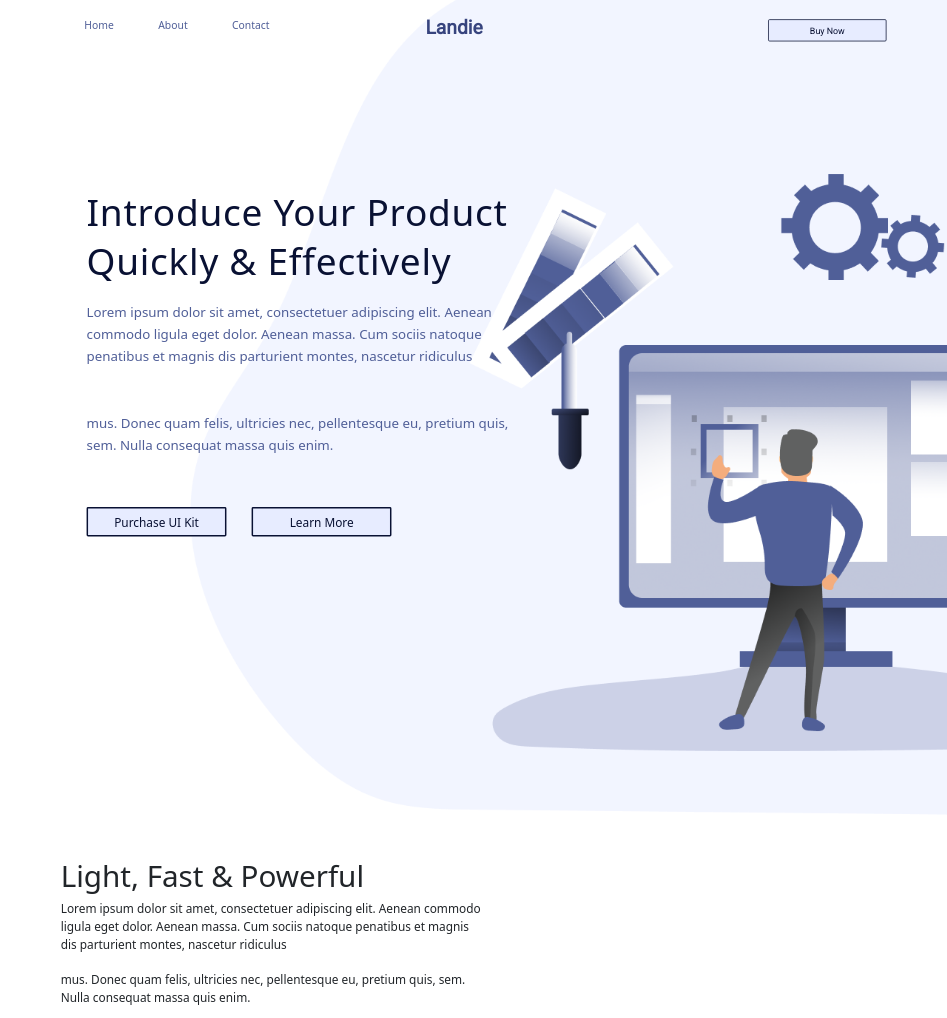
Repository: batonAnton/HW-Lec12-sass-pug
Page: index.html
An editor plug-in stored every save of this project. The page is shown before and after the next save, followed by the edit.
The browser window is 1280 px wide. The pictures show the whole page, at 74% of full size.
The style sheet was rebuilt from its Sass, Less or Tailwind sources for each picture, by a compiler version that may differ from the author's.

Above is the page before, as saved 2022-07-29 16:18:54.

### index.html
<!DOCTYPE html>
<html lang="en">
<head>
    <meta charset="UTF-8">
    <meta http-equiv="X-UA-Compatible" content="IE=edge">
    <meta name="viewport" content="width=device-width, initial-scale=1.0">
    <title>HW12 Saas</title>
    <link rel="preconnect" href="https://fonts.googleapis.com">
    <link rel="preconnect" href="https://fonts.gstatic.com" crossorigin>
    <link href="https://fonts.googleapis.com/css2?family=Roboto&display=swap" rel="stylesheet">
    <link href="https://cdn.jsdelivr.net/npm/bootstrap@5.2.0/dist/css/bootstrap.min.css" rel="stylesheet" integrity="sha384-gH2yIJqKdNHPEq0n4Mqa/HGKIhSkIHeL5AyhkYV8i59U5AR6csBvApHHNl/vI1Bx" crossorigin="anonymous">
    <link rel="stylesheet" href="css/style.css">
</head>
<body>
    <header>
        <div class="container">
            <div class="wrapper">
                <nav>
                    <div class="navigation">
                        <ul>
                            <li>
                                <a href="">home</a>
                            </li>
                            <li>
                                <a href="">about</a>
                            </li>
                            <li>
                                <a href="">contact</a>
                            </li>
                        </ul>
                        <div class="logo">
                            <h1>Landie</h1>
                        </div>
                        <div class="button">
                            <button type="button" class="btn btn-menu btn-primary">Buy now</button>
                        </div>
                    </div>
                </nav>

                <div class="leftBlock">
                    <h1>Introduce Your Product <br class="hideBR">
                        Quickly & Effectively
                    </h1>

                    <p>
                        Lorem ipsum dolor sit amet, consectetuer adipiscing elit. Aenean <br class="hideBR"> commodo ligula eget dolor. Aenean massa. Cum sociis natoque <br class="hideBR"> penatibus et magnis dis parturient montes, nascetur ridiculus <br class="hideBR">
                        <br> <br>
                        mus. Donec quam felis, ultricies nec, pellentesque eu, pretium quis, <br class="hideBR"> sem. Nulla consequat massa quis enim.
                    </p>

                    <div class="btn-header">
                        <button type="button" class="btn btn-menu btn-primary">Purchase UI Kit</button>
                        <button type="button" class="btn btn-menu btn-primary">Learn More</button>
                    </div>
                </div>
            </div>
        </div>
    </header>

    <section>
        <div class="container">
            <h1>Light, Fast & Powerful</h1>
            <p>
                Lorem ipsum dolor sit amet, consectetuer adipiscing elit. Aenean commodo <br class="hideBr"> ligula eget dolor. Aenean massa. Cum sociis natoque penatibus et magnis <br class="hideBr"> dis parturient montes, nascetur ridiculus
                <br> <br>
                mus. Donec quam felis, ultricies nec, pellentesque eu, pretium quis, sem. <br class="hideBr"> Nulla consequat massa quis enim.
            </p>

            <div class="smallInfo">
                <div class="block">

                </div>
            </div>
        </div>
    </section>
</body>
</html>

### css/style.scss
$primary-color: #091133;
$primaryFontStyle: Roboto;

@mixin generalStyleMenu(
  $sizeMenu: 14px,
  $lineHeight: 24px,
  $font-color: #505f98
) {
  font-size: $sizeMenu;
  line-height: $lineHeight;
  color: $font-color;
}

body {
  box-sizing: border-box;
}

header {
  width: 100%;
  height: 1160px;
  background-image: url(../image/header/header-bg.png);
  background-position: 100% -20%;
  background-repeat: no-repeat;

  .navigation {
    display: flex;
    justify-content: space-between;
    padding-top: 18px;
    align-items: center;

    ul {
      display: inline-flex;
      li {
        margin-right: 60px;
        list-style: none;
        a {
          text-decoration: none;
          text-transform: capitalize;
          @include generalStyleMenu;
        }
      }
    }
    .logo {
      display: flex;
      justify-content: center;
      margin-left: -235px;
      h1 {
        font-family: $primaryFontStyle;
        font-style: normal;
        font-weight: 900;
        font-size: 26px;
        line-height: 38px;
        color: #37447e;
      }
    }
     .btn-primary{
      font-family: 'Roboto';
      font-style: normal;
      font-weight: 500;
      font-size: 12px;
      line-height: 18px;
      text-transform: capitalize;
      color: #091133;
        background: #E7ECFF;
      border-radius: 2px;
      width: 160px;
      height: 30px;
      border: 1px solid #091133;

    }
    button:hover{
        background-color: #111B47;
        color: #FFFFFF;
        transition: 1s;
    }
  }
//   left-block header
  .leftBlock{
      margin-top: 190px;
      margin-left: 35px;
      h1{
        font-weight: 500;
        font-size: 50px;
        line-height: 66px;
        letter-spacing: 1px;
        color: #091133;
        margin-bottom: 20px;
      }
      p{
        font-style: normal;
        font-weight: 400;
        font-size: 18px;
        line-height: 30px;
        color: #505F98;
        margin-bottom: 69px;
      }

      .btn-primary{
        width: 189px;
        height: 40px;
        border: 2px solid #091133;
        border-radius: 2px;
        font-style: normal;
        font-weight: 500;
        font-size: 16px;
        line-height: 26px;
        color: #091133;
        background: #E7ECFF;
        margin-right: 30px;
      }
      button:hover{
          background-color: #111B47;
          color: #FFFFFF;
          transition: 1s;
      }
  }
}

After the next save:
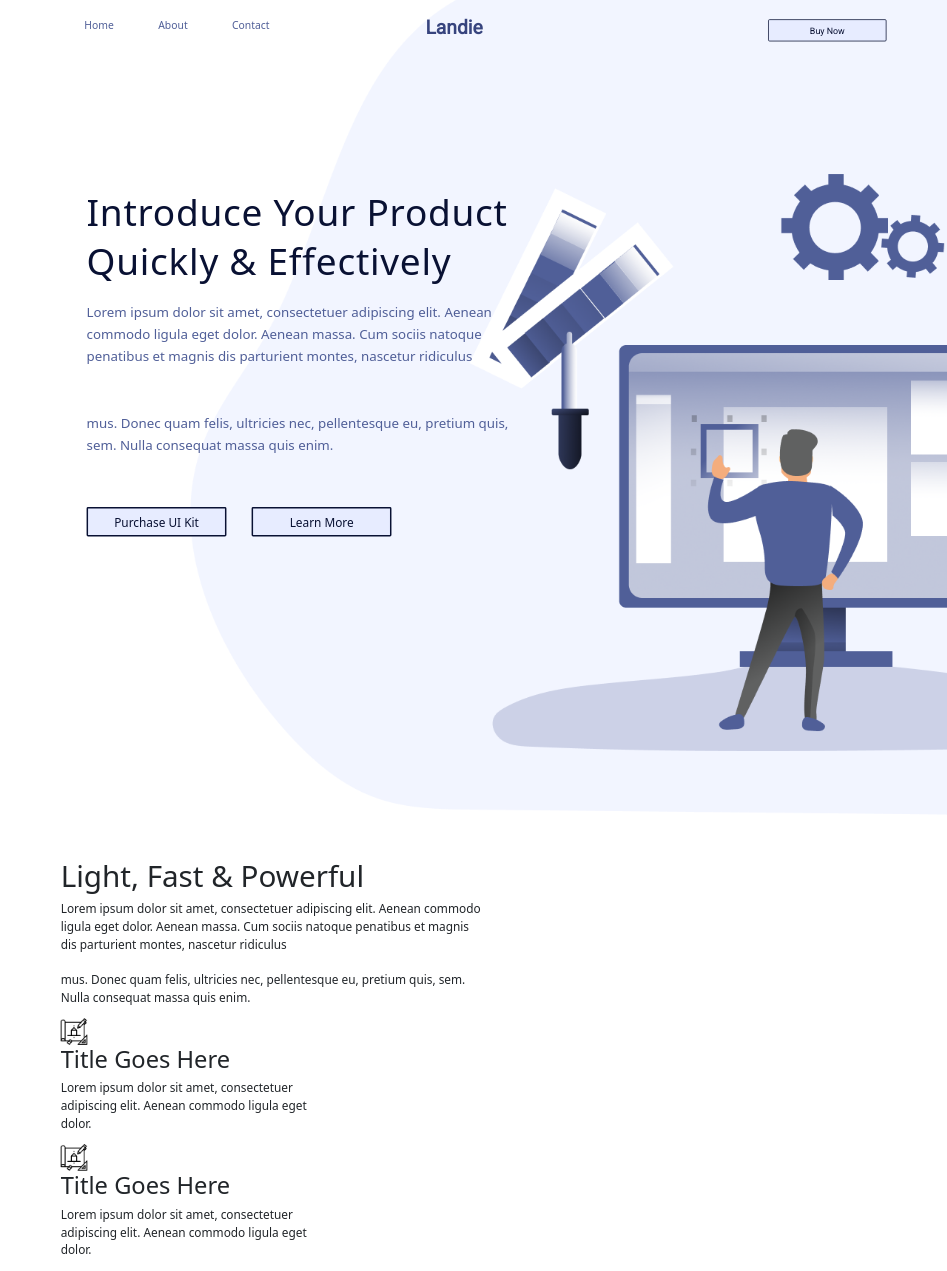
Saved 11 min 25 s later.
--- a/index.html
+++ b/index.html
@@ -68,7 +68,15 @@
 
             <div class="smallInfo">
                 <div class="block">
+                    <img src="./image/section1/Combined Shape.jpg" alt="img">
+                    <h2>Title Goes Here</h2>
+                    <p>Lorem ipsum dolor sit amet, consectetuer <br class="hideBr"> adipiscing elit. Aenean commodo ligula eget <br class="hideBr">  dolor. </p>
+                </div>
 
+                <div class="block">
+                    <img src="./image/section1/Combined Shape.jpg" alt="img">
+                    <h2>Title Goes Here</h2>
+                    <p>Lorem ipsum dolor sit amet, consectetuer <br class="hideBr"> adipiscing elit. Aenean commodo ligula eget <br class="hideBr">  dolor. </p>
                 </div>
             </div>
         </div>
